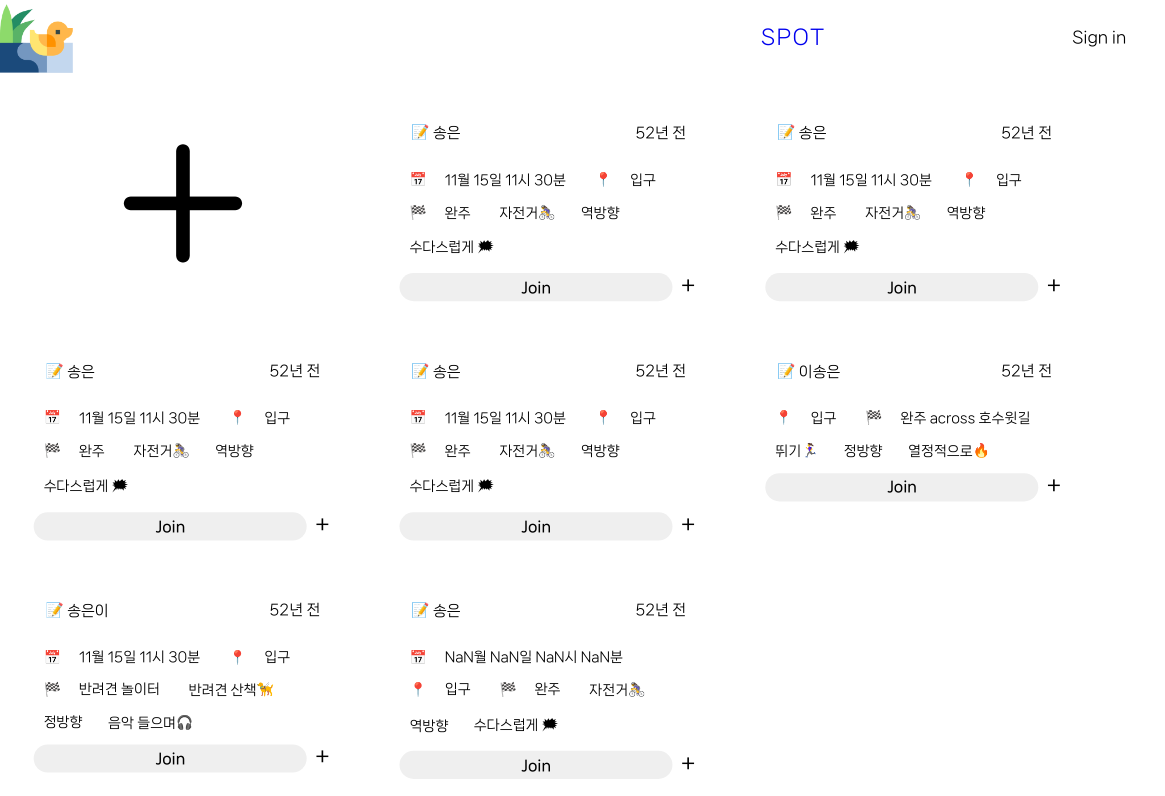
Repository: songeunleee/youngrangho
Page: /
These files come from the project's save history. The page is drawn as it stood at one moment and after the next save; the edit follows.
The browser window is 1280 px wide. The pictures show the whole page, at 91% of full size.
The page's requests for data from a server got no answer. Some web libraries are served in a nearby version. The project was rebuilt for these pictures with package versions that can differ from the ones it lists, and the page was loaded fresh each time. Some packages were replaced by stand-ins written for this rebuild. No one was signed in, and anything a server would have sent is missing. Also part of the build but not shown: src/app.module.css, src/components/add_card/add_card.module.css, src/components/add_card/add_card.jsx, src/components/activity/activity.module.css, src/components/add_form/add_form.module.css, src/components/add_form/add_form.jsx, src/components/footer/footer.module.css, src/components/footer/footer.jsx and 10 more.

Above is the page before, as saved 2022-11-12 05:35:27.

After the next save:
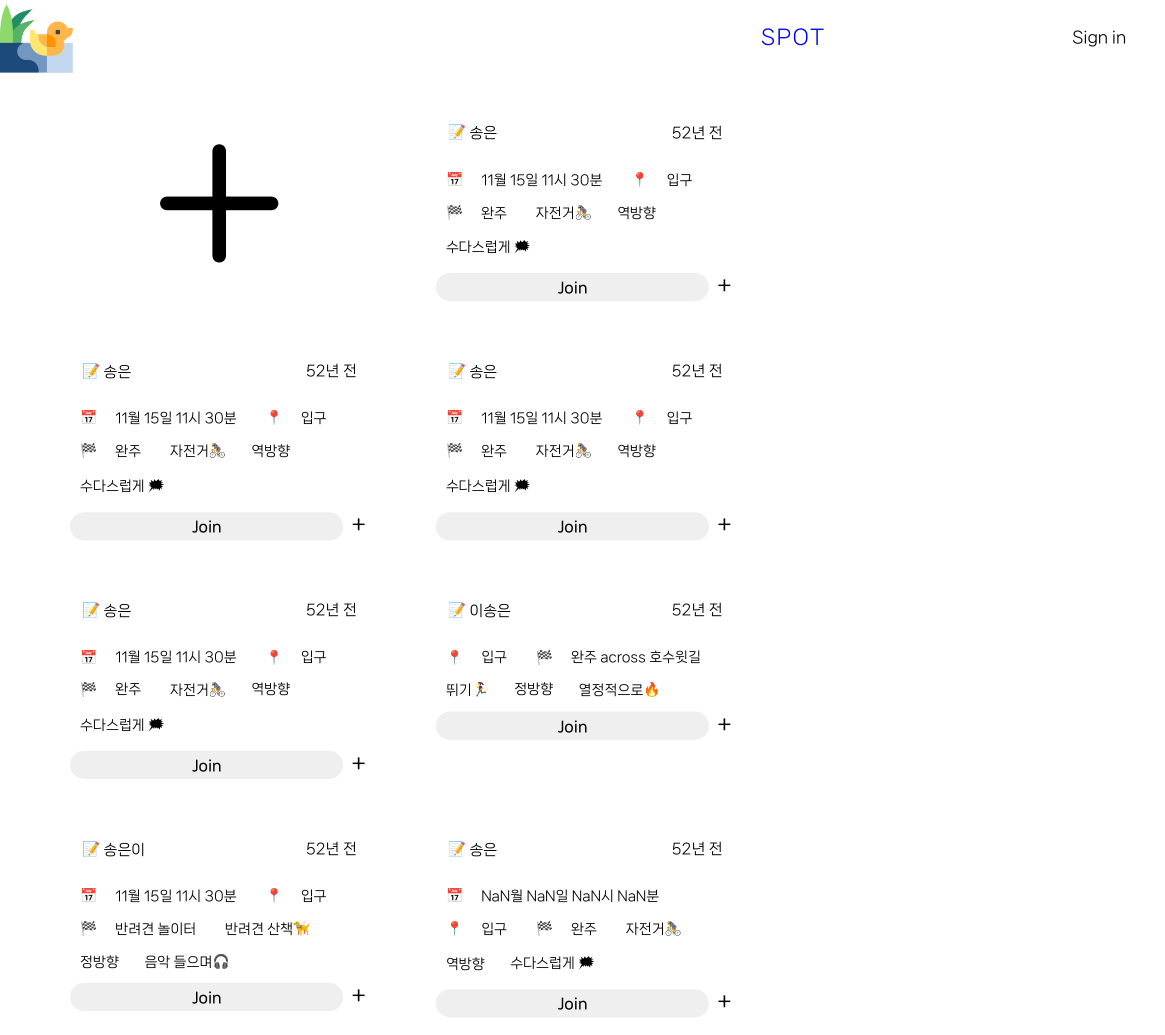
Saved 28 s later.
--- a/src/components/activity_list/activity_list.module.css
+++ b/src/components/activity_list/activity_list.module.css
@@ -37,7 +37,7 @@
 }
 
 .list {
-  width: 1300px;
+  width: 1200px;
   display: flex;
 
   flex-wrap: wrap;

After the save that followed:
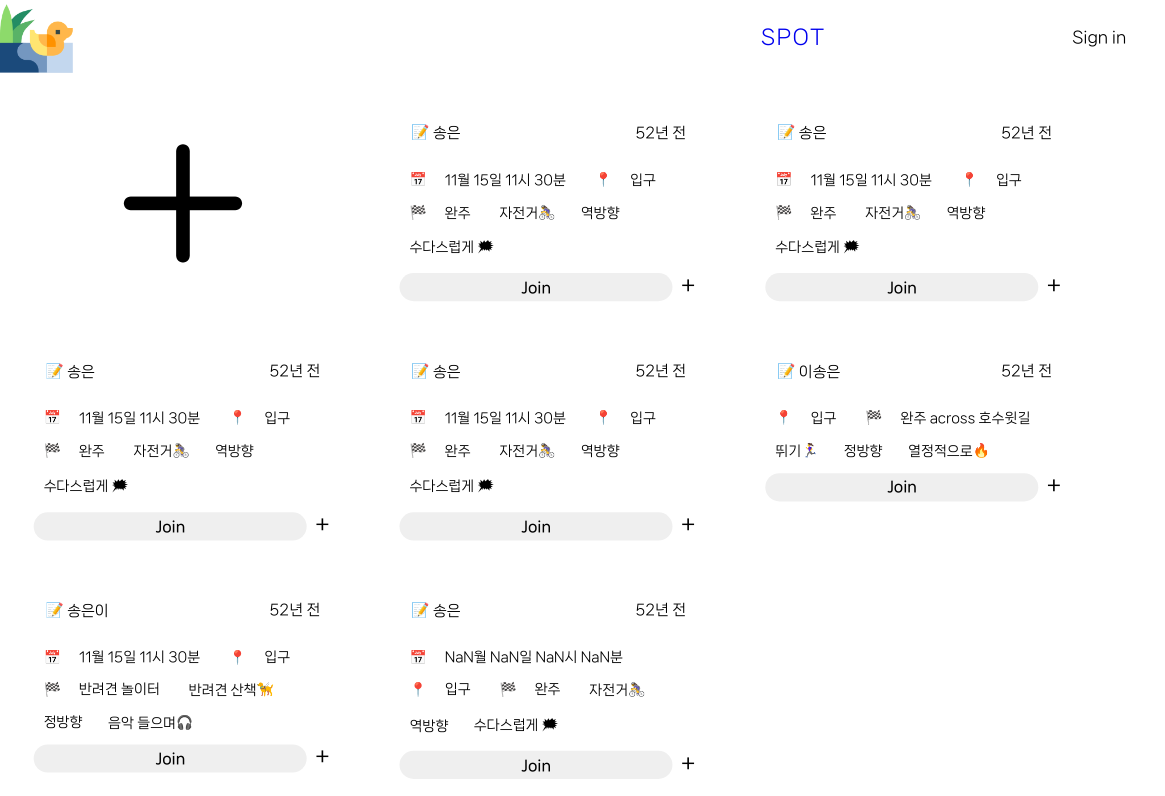
Saved 7 s later.
--- a/src/components/activity_list/activity_list.module.css
+++ b/src/components/activity_list/activity_list.module.css
@@ -37,7 +37,7 @@
 }
 
 .list {
-  width: 1200px;
+  width: 1300px;
   display: flex;
 
   flex-wrap: wrap;
